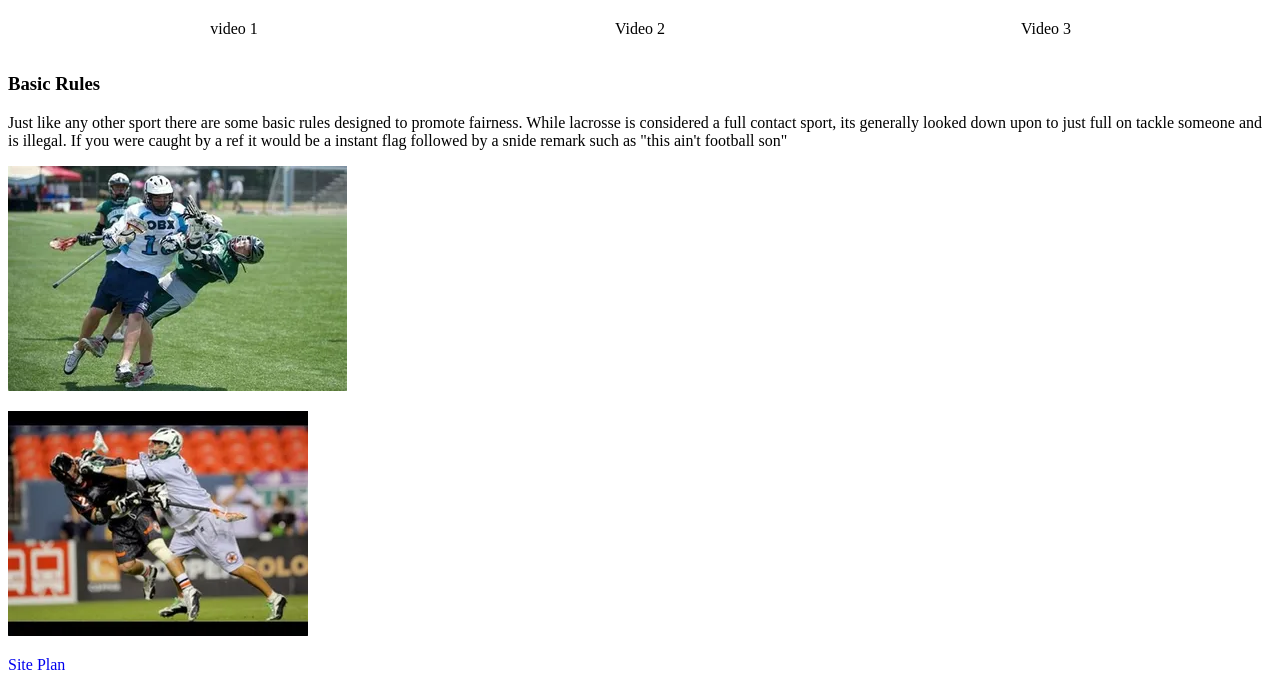
Repository: nak97/personal-site
Page: lacrosse.html
These files come from the project's save history. The page is drawn as it stood at one moment and after the next save; the edit follows.
The browser window is 1280 px wide. The pictures show the part of the page from y = 540 to 1258 px (the page is 1222 px tall before and 1258 px after).

Above is the page before, as saved 2023-03-16 08:21:29.

After the next save:
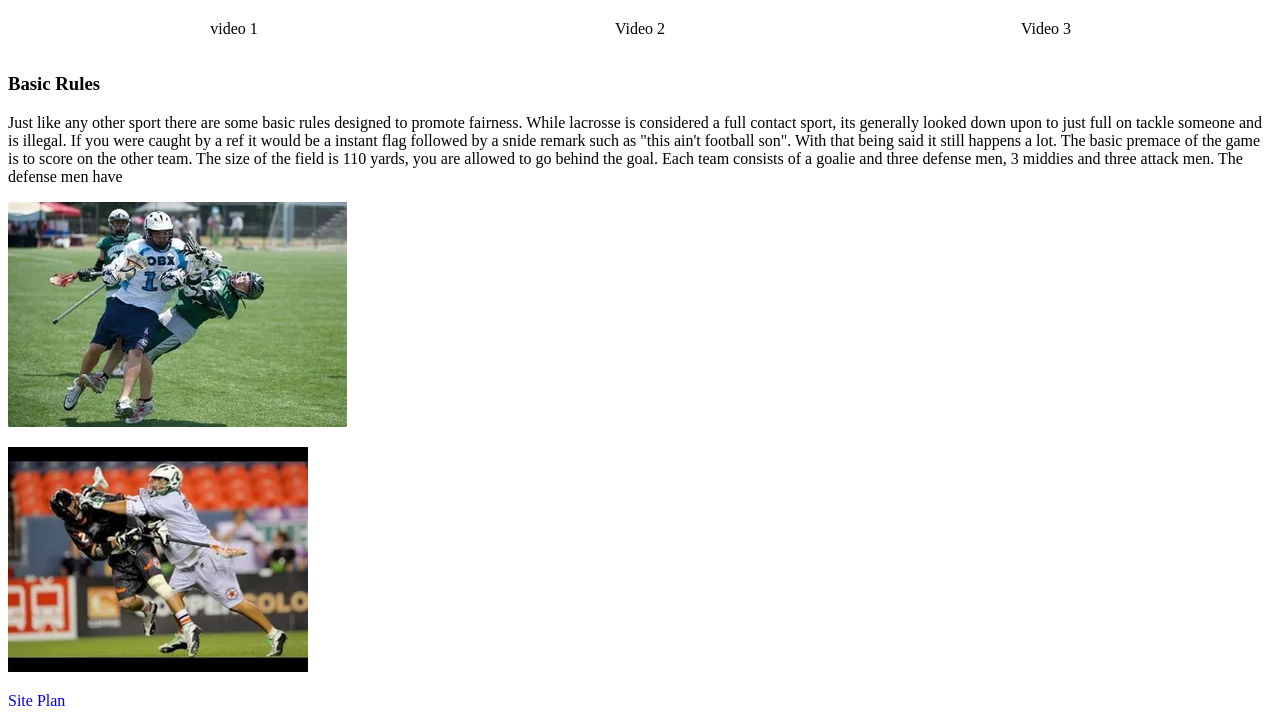
Saved 4 min 50 s later.
--- a/lacrosse.html
+++ b/lacrosse.html
@@ -47,7 +47,7 @@
 <section>
 
   <h3> Basic Rules  </h3>
-  <p>Just like any other sport there are some basic rules designed to promote fairness. While lacrosse is considered a full contact sport, its generally looked down upon to just full on tackle someone and is illegal. If you were caught by a ref it would be a instant flag followed by a snide remark such as "this ain't football son"</p>
+  <p>Just like any other sport there are some basic rules designed to promote fairness. While lacrosse is considered a full contact sport, its generally looked down upon to just full on tackle someone and is illegal. If you were caught by a ref it would be a instant flag followed by a snide remark such as "this ain't football son". With that being said it still happens a lot. The basic premace of the game is to score on the other team. The size of the field is 110 yards, you are allowed to go behind the goal. Each team consists of a goalie and three defense men, 3 middies and three attack men. The defense men have   </p>
 <div class="images">
 
 <div class="img1">
